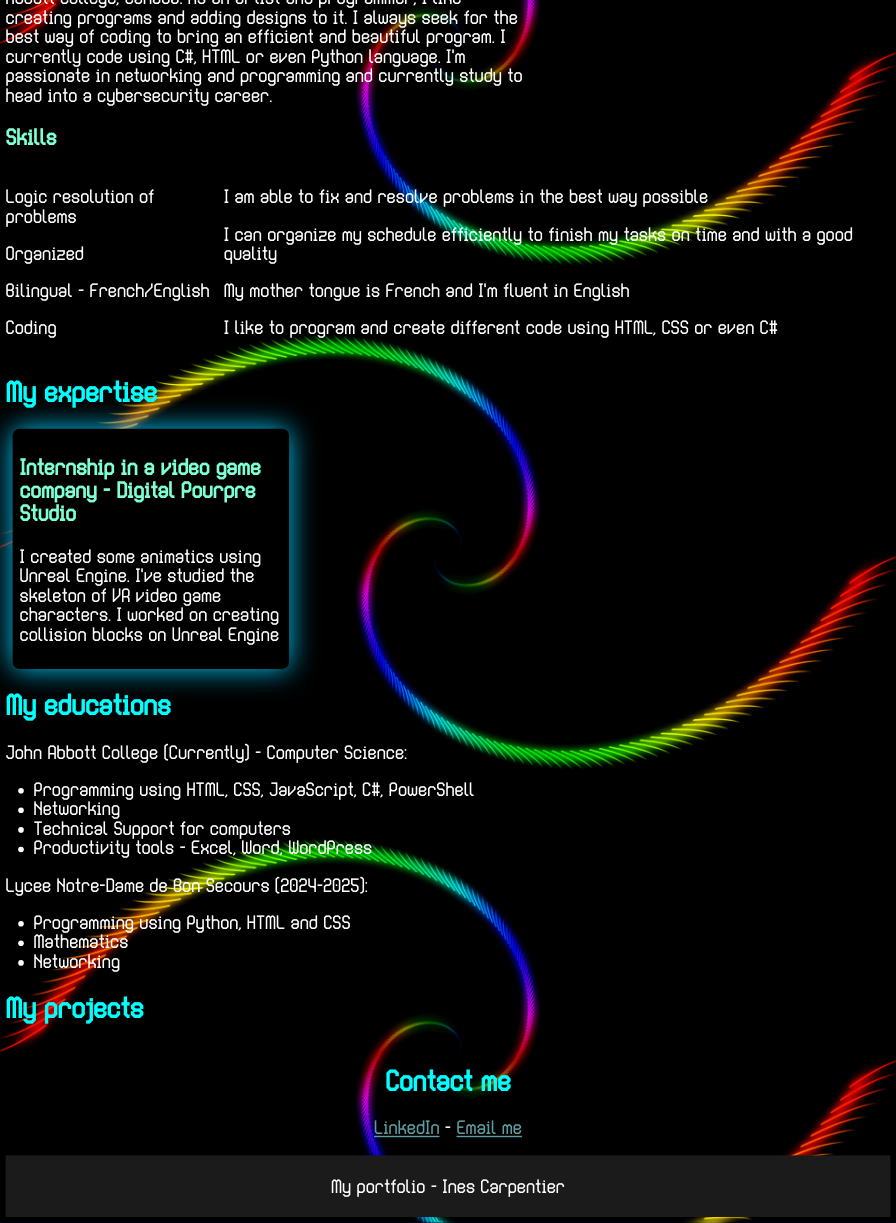
Repository: InsCarp/InsCarp
Page: index.html
The author's editor kept a copy of each file at every save. The page is drawn from the files as they stood at one save, then again after the next save.
The browser window is 1280 px wide. The pictures show the part of the page from y = 1011 to 2931 px (the page is 2758 px tall before and 2931 px after), at 70% of full size.
Backgrounds fixed to the window are drawn as part of the page.

Above is the page before, as saved 2026-05-13 21:37:17.

### index.html
<!DOCTYPE html>
<html lang="en">
<head>
    <meta charset="UTF-8">
    <meta name="viewport" content="width=device-width, initial-scale=1.0">
    <link rel="icon" href="/assets/images/Logo.svg" type="image/svg" />
    <link rel="stylesheet" href="/styles/globals.css" type="text/css"/>
    <link rel="stylesheet" href="/styles/index.css" type="text/css"/>

    <title>Portfolio - Ines Carpentier</title>
</head>
<header>

     <h1 id="Title">My portfolio</h1>

        <nav>
        <a href="index.html">Home</a>
        <a href="#About">About me</a>
        <a href="#Expertise">Expertise</a>
        <a href="#Education">Education</a>
        <a href="project.html">Projects</a> <!--Put my project page here-->
        <a href="#Contact">Contact me</a>
        </nav>


</header>
<body>
    <div class="Intro">
        <article>
            <img
               src="/assets/images/me.png" id="Me" alt="My image"/>
        </article>
        <article id="intro">
            <h2>Ines Carpentier</h2>
            <p>Hi, I'm a Computer Science student who loves to mix creativity in my projects.
                Hope you'll enjoy my portfolio!</p>
        </article>
    </div>

        <h2 id="About">About me</h2>
        <div class="about">
            <p>Hello, I'm Ines Carpentier, a Computer Science student at John Abbott College, Canada. As an artist and programmer, I like creating programs and adding designs to it. I always seek for the
             best way of coding to bring an efficient and beautiful program. I currently code using C#, HTML or even Python language. I'm passionate in networking and programming and currently study to head into a cybersecurity career.
            </p>
        </div>
        <h3>Skills</h3>
        <section class="Skills">
            <article>
            <p>Logic resolution of problems</p>
            <p>Organized</p>
            <p>Bilingual - French/English</p>
            <p>Coding</p>
        </article>
        <article>
            <p>I am able to fix and resolve problems in the best way possible</p>
            <p>I can organize my schedule efficiently to finish my tasks on time and with a good quality</p>
            <p>My mother tongue is French and I'm fluent in English</p>
            <P>I like to program and create different code using HTML, CSS or even C#</P>
        </article>
        </section>


        <h2 id="Expertise">My expertise</h2>
        <section id="expertise">
            <article>
            <h3>Internship in a video game company - Digital Pourpre Studio</h3>
            <p>I created some animatics using Unreal Engine. I've studied the skeleton of VR video game characters. I worked on creating collision blocks on Unreal Engine</p>
        </article>
        </section>


        <h2 id="Education">My educations</h2>
        <p>John Abbott College (Currently) - Computer Science:
        </p>
        <ul>
            <li>Programming using HTML, CSS, JavaScript, C#, PowerShell</li>
            <li>Networking</li>
            <li>Technical Support for computers</li>
            <li>Productivity tools - Excel, Word, WordPress</li>
        </ul>
        <p>Lycee Notre-Dame de Bon Secours (2024-2025):</p>
        <ul>
            <li>Programming using Python, HTML and CSS</li>
            <li>Mathematics</li>
            <li>Networking</li>
        </ul>

        <h2>My projects</h2>
        <section id="projects">

        </section>

        <div class="Contact">
         <h2 id="Contact">Contact me</h2>
         <p><a href="https://www.linkedin.com/in/ines-carpentier-690b8b387/" target="blank">LinkedIn</a> - <a href="mailto:carpentierines4@gmail.com">Email me</a></p>
        </div>
</body>
<footer>
    <p>My portfolio - Ines Carpentier</p>
</footer>
</html>

### styles/globals.css
@font-face {
    font-family: Title;
    src: url(/assets/fonts/Y224-2vdae.ttf);
}
@font-face {
    font-family: Portfolio;
    src: url(/assets/fonts/Eightgon-OGn6p.ttf);
}

html{
    font-size:25px;
}

a {
    color:cadetblue;
}

a:visited{
    color:aquamarine;
}
a:hover{
    color:greenyellow;
}
a:active{
    color:yellow;
}

body{
    background-color:rgb(0, 2, 36);
    color:rgb(255, 255, 255);
    background-image: url(../assets/images/back.gif);
    background-size: cover;
    background-repeat: no-repeat;
    background-attachment: fixed;
    font-family: Portfolio;
}




h1, h2{
    color:aqua;

}

h3{
    color:aquamarine;
}


header {
    position:sticky;
    top:0;
    display: flex;
    flex-direction: row;
    font-family: Title;
    background-color:rgb(27, 27, 27);
    font-size:0.5rem;


}
nav{
    display:none;
}

footer{

    text-align: center;
    background-color:rgb(27, 27, 27);
    padding:0.2rem;


}

@media only screen and (min-width: 800px){
    header {
    justify-content: space-between;
    border-radius: 10px;
    font-size:0.8rem;

}
nav{
    text-align:right;
    display:initial;
    font-size:0.4rem;
    margin-top:10px;


}
}

@media only screen and (min-width: 1200px){
    header {
    display: flex;
    flex-direction: row;
    font-family: Title;
    justify-content: space-between;



}
nav{
    text-align:right;
    display:initial;
    font-size:0.6rem;
    margin-top:2%;



}
}

### styles/index.css
.Intro{
    margin-top: 1rem;
    display:flex;
    flex-direction: column;
    align-items: center;
}

#intro{

    text-align: center;
    font-size:2rem;


}

#Me{
    margin-top: 1rem;
    width:15rem;
}


section{
    display: flex;
    flex-direction:row;
    justify-content: space-between;

}

#expertise{
  margin: 10px;
  background-color:rgb(0, 0, 0);
  padding:10px;
  border: 3px;
  border-radius:10px;
  box-shadow: 0 0 40px 0 rgb(0, 204, 255);
  opacity: 20;
  width:13rem;
}

.Contact{
    text-align: center;
}

@media only screen and (min-width: 800px){
    .Intro{
    margin-top: 1rem;
    display:flex;
    flex-direction: row;
    justify-content: space-between;
}

#intro{

    text-align: center;
    font-size:2rem;
    width: 20rem;
    margin-right: 10%;
}




.about{
    width:30rem;
}
}

@media only screen and (min-width: 800px){
    #Me{
    margin-left:15%;
    width:20rem;
}
#expertise{
  width:15rem;
}
}

After the next save:
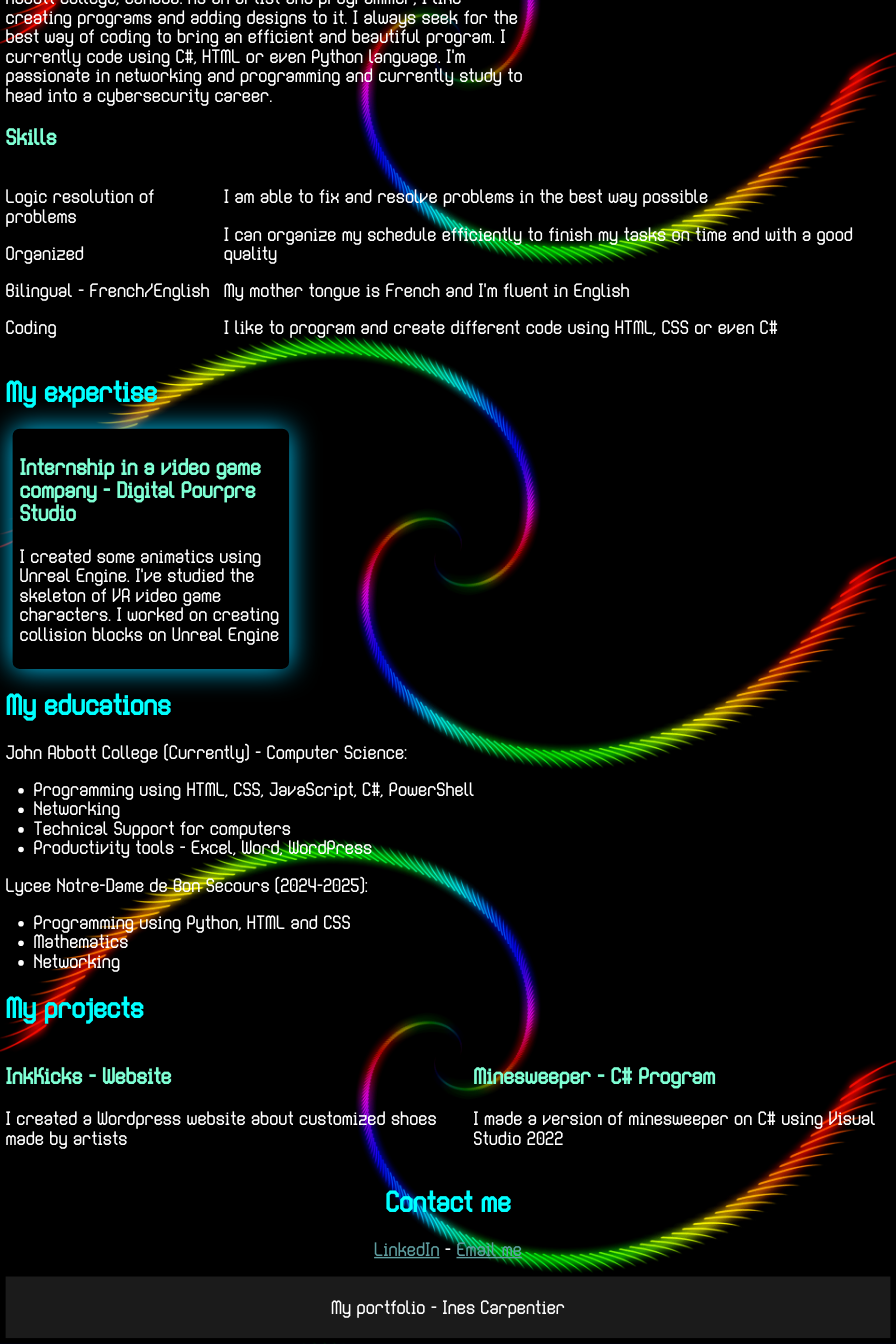
Saved 3 min 13 s later.
--- a/index.html
+++ b/index.html
@@ -87,7 +87,14 @@
 
         <h2>My projects</h2>
         <section id="projects">
-
+            <article>
+                <h3>InkKicks - Website</h3>
+                <p>I created a Wordpress website about customized shoes made by artists</p>
+            </article>
+            <article>
+                <h3>Minesweeper - C# Program</h3>
+                <p>I made a version of minesweeper on C# using Visual Studio 2022</p>
+            </article>
         </section>
 
         <div class="Contact">
